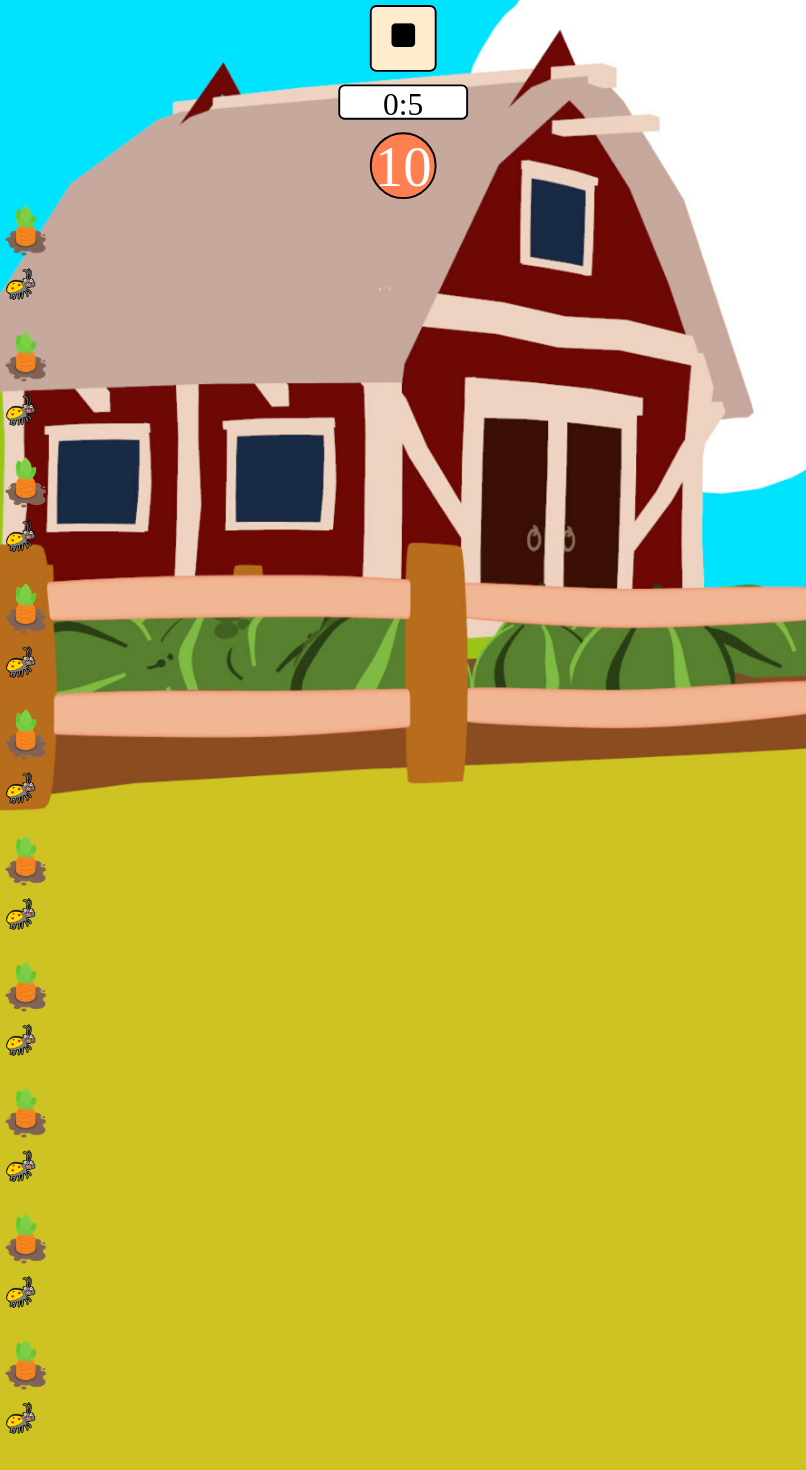
Repository: rumor1993/DreamCoding-Browser101
Page: Chapter07/index.html
An editor plug-in stored every save of this project. The page is shown before and after the next save, followed by the edit.
The browser window is 1280 px wide. The pictures show the whole page, at 63% of full size.
Some web libraries are served in a nearby version.

Above is the page before, as saved 2021-01-01 14:14:28.

After the next save:
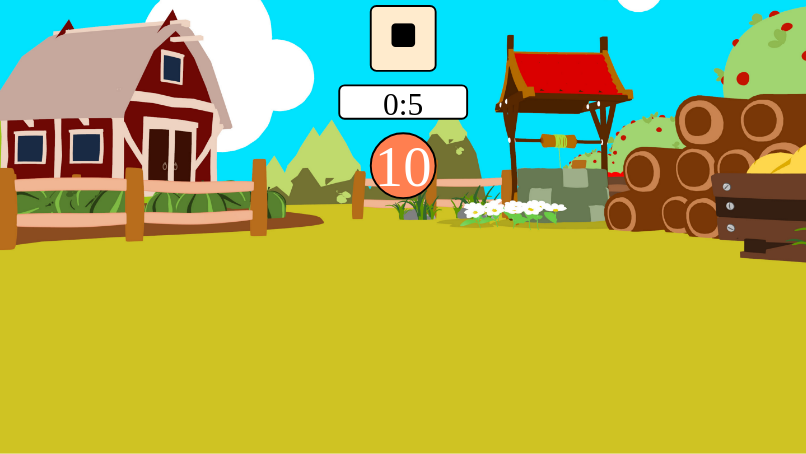
Saved 21 s later.
--- a/Chapter07/index.js
+++ b/Chapter07/index.js
@@ -2,10 +2,10 @@ window.addEventListener("load", () => {
   const body = document.querySelector("body");
   let carrotCount = 10;
 
-  for (let i = 0; i < carrotCount; i++) {
-    createCarrot();
-    createBug();
-  }
+  //   for (let i = 0; i < carrotCount; i++) {
+  //     createCarrot();
+  //     createBug();
+  //   }
 
   function createCarrot() {
     const carrot = document.createElement("div");

After the 2 saves that followed:
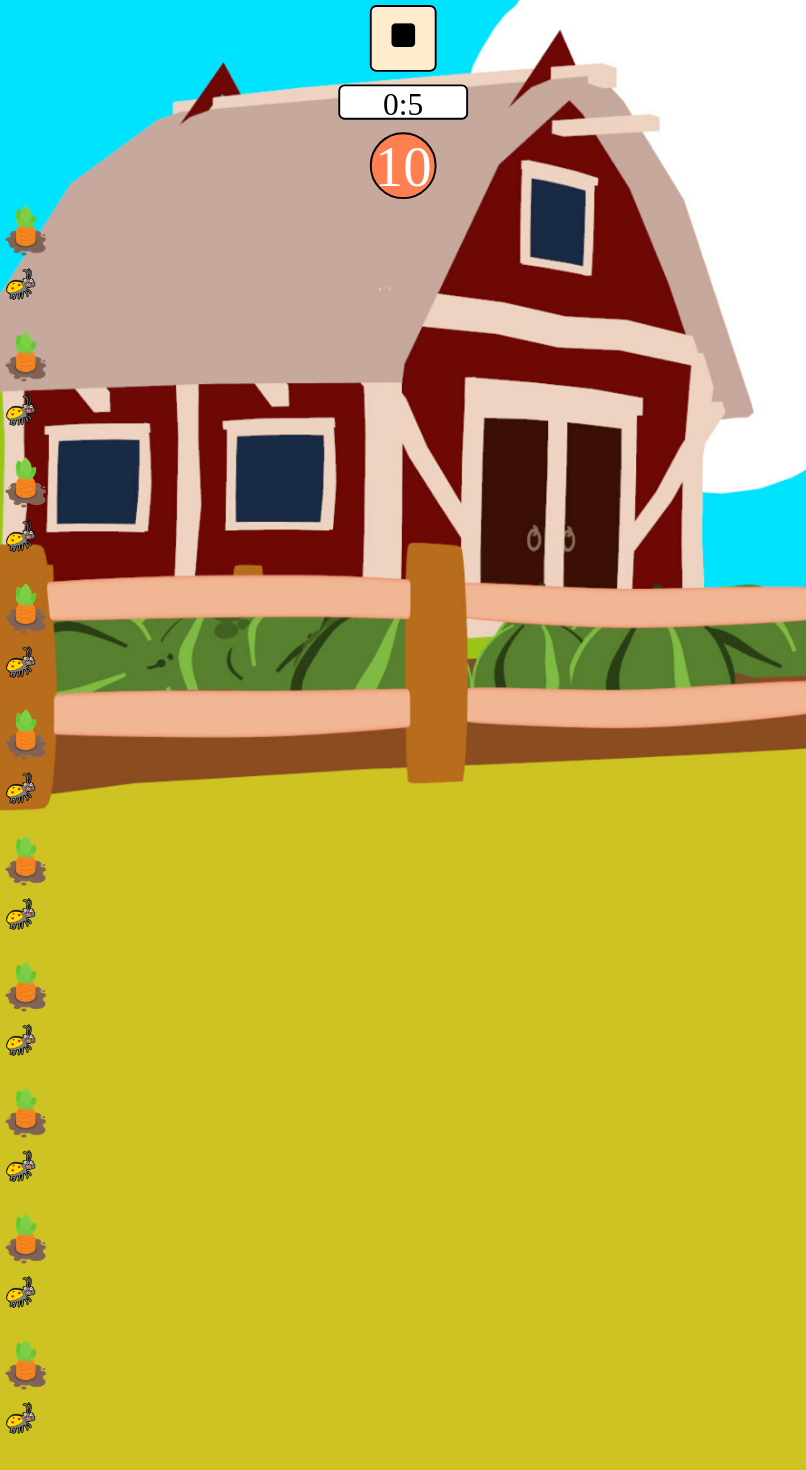
The 2 saves are shown as one change because 1 left the picture as it was.
The last was saved 89 s later.
--- a/Chapter07/index.html
+++ b/Chapter07/index.html
@@ -5,8 +5,8 @@
     <meta name="viewport" content="width=device-width, initial-scale=1.0" />
     <title>Document</title>
     <link rel="stylesheet" href="index.css" />
+    <script src="https://kit.fontawesome.com/86c035f01d.js" crossorigin="anonymous"></script>
     <script src="index.js"></script>
-    <script src="https://kit.fontawesome.com/86c035f01d.js" crossorigin="anonymous"></script>
   </head>
   <body>
     <div class="stop">
--- a/Chapter07/index.js
+++ b/Chapter07/index.js
@@ -2,10 +2,10 @@ window.addEventListener("load", () => {
   const body = document.querySelector("body");
   let carrotCount = 10;
 
-  //   for (let i = 0; i < carrotCount; i++) {
-  //     createCarrot();
-  //     createBug();
-  //   }
+  for (let i = 0; i < carrotCount; i++) {
+    createCarrot();
+    createBug();
+  }
 
   function createCarrot() {
     const carrot = document.createElement("div");
